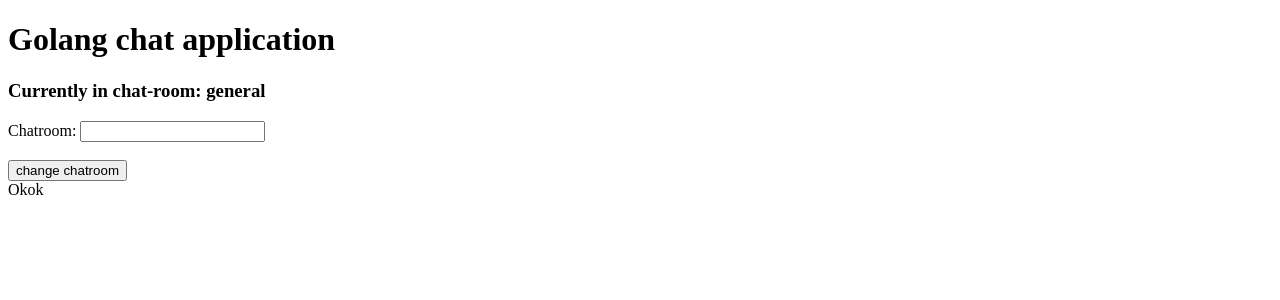
Repository: Lakshyyaa/SimpleWSserver
Page: frontend/index.html
An editor plug-in stored every save of this project. The page is shown before and after a run of saves, followed by the edit.
The browser window is 1280 px wide. The pictures show the whole page.

Above is the page before, as saved 2024-10-30 13:32:40.

### frontend/index.html
<!DOCTYPE html>
<html lang="en">
  <head>
    <meta charset="UTF-8" />
    <meta name="viewport" content="width=device-width, initial-scale=1.0" />
    <title>websockets</title>
  </head>
  <body>
    <div class="center">
      <h1>Golang chat application</h1>
      <h3>Currently in chat-room: general</h3>
      <form action="" id="select-room">
        <label for="chatroom">Chatroom: </label>
        <input type="text" id="chatroom" name="chatroom" />
        <br />
        <br />
        <input type="submit" value="change chatroom" />
      </form>
    </div>
    Okok
  </body>
</html>

After the next 4 saves:
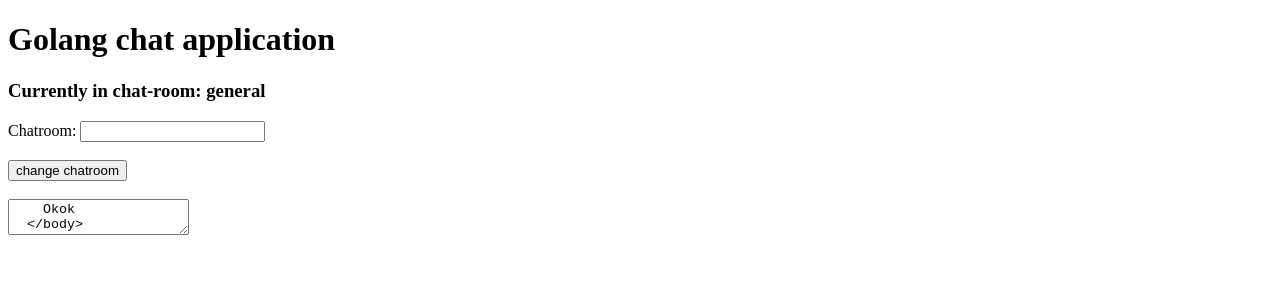
The 4 saves are shown as one change because they came seconds apart.
The last was saved 24 s later.
--- a/frontend/index.html
+++ b/frontend/index.html
@@ -16,6 +16,8 @@
         <br />
         <input type="submit" value="change chatroom" />
       </form>
+      <br>
+      <textarea class=""
     </div>
     Okok
   </body>
